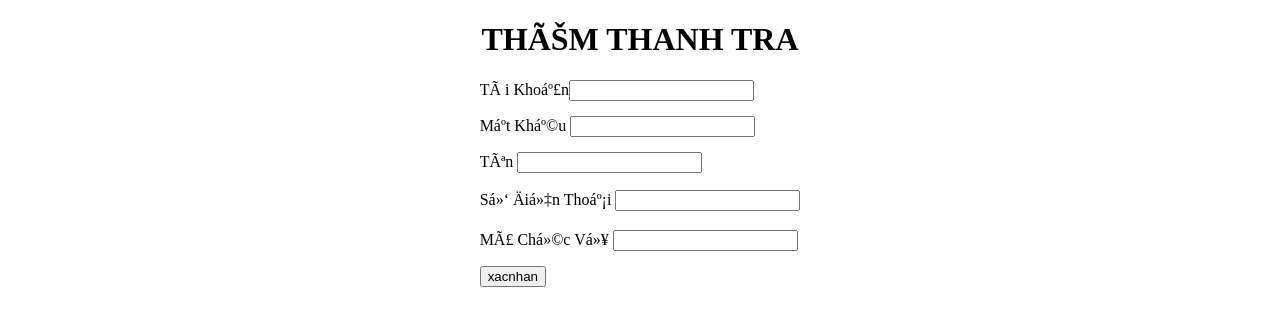
Repository: nguyenquan23/project-3
Page: http://localhost/laptrinhdoan/views/admin/add.jsp
The author's editor kept a copy of each file at every save. The page is drawn from the files as they stood at one save, then again after the next save.
The browser window is 1280 px wide. The pictures show the whole page.
The page is served by Tomcat 9. Nobody is signed in. The application's start-up code is not run.

Above is the page before, as saved 2023-01-19 13:20:36.

After the next save:
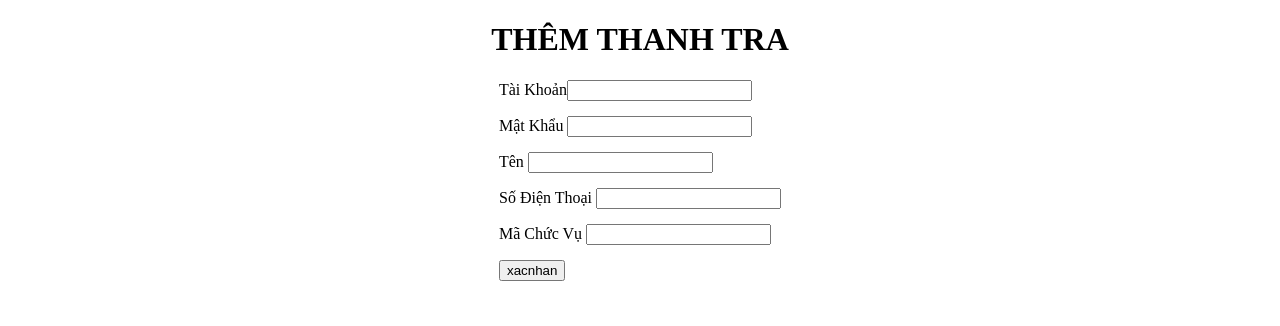
Saved 55 s later.
--- a/laptrinhdoan/src/main/webapp/views/admin/add.jsp
+++ b/laptrinhdoan/src/main/webapp/views/admin/add.jsp
@@ -1,8 +1,10 @@
-<%@ page language="java" contentType="text/html; charset=ISO-8859-1"
-    pageEncoding="ISO-8859-1"%>
-<!DOCTYPE html>
+<%@ page language="java" contentType="text/html; charset=UTF-8" pageEncoding="UTF-8"%>
+<!DOCTYPE html PUBLIC "-//W3C//DTD HTML 4.01 Transitional//EN" "http://www.w3.org/TR/html4/loose.dtd">
 <html>
 <head>
+<meta http-equiv="Content-Type" content="text/html; charset=UTF-8">
+<title>Trang chủ</title>
+</head>
 <meta charset="ISO-8859-1">
 <title>Insert title here</title>
 <style type="text/css">
